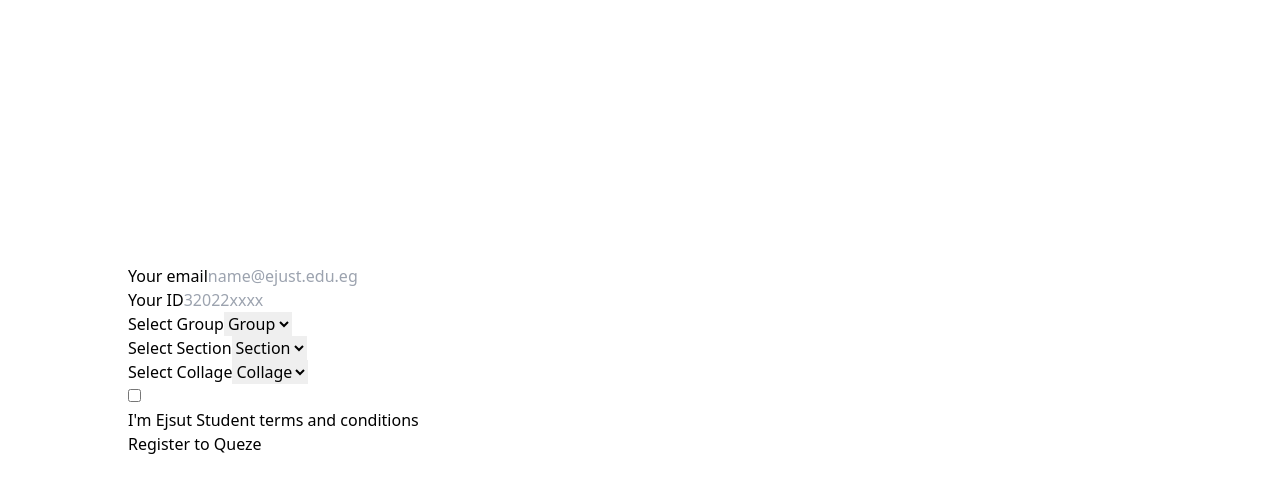
Repository: AbdalrahmanEldeep/FIBOTIC
Page: /
These files come from the project's save history. The page is drawn as it stood at one moment and after the next save; the edit follows.
The browser window is 1280 px wide. The pictures show the whole page.
The project was rebuilt for these pictures with package versions that can differ from the ones it lists, and the page was loaded fresh each time. Also part of the build but not shown: vite.config.js, src/pages/protecter.jsx, src/pages/exame.jsx.

Above is the page before, as saved 2023-01-06 22:55:29.

### index.html
<!DOCTYPE html>
<html lang="en">
  <head>
    <meta charset="UTF-8" />
    <link rel="icon" type="image/svg+xml" href="/vite.svg" />
    <meta name="viewport" content="width=device-width, initial-scale=1.0" />
    <title>FIBO</title>
    <!-- Tailwindcss -->
    <link rel="stylesheet" href="/src/global/app.css">
  </head>
  <body>
    <div id="root"></div>
    <script type="module" src="/src/main.jsx"></script>
  </body>
</html>

### src/global/app.css
/*
! tailwindcss v3.2.4 | MIT License | https://tailwindcss.com
*/

/*
1. Prevent padding and border from affecting element width. (https://github.com/mozdevs/cssremedy/issues/4)
2. Allow adding a border to an element by just adding a border-width. (https://github.com/tailwindcss/tailwindcss/pull/116)
*/

*,
::before,
::after {
  box-sizing: border-box;
  /* 1 */
  border-width: 0;
  /* 2 */
  border-style: solid;
  /* 2 */
  border-color: #e5e7eb;
  /* 2 */
}

::before,
::after {
  --tw-content: '';
}

/*
1. Use a consistent sensible line-height in all browsers.
2. Prevent adjustments of font size after orientation changes in iOS.
3. Use a more readable tab size.
4. Use the user's configured `sans` font-family by default.
5. Use the user's configured `sans` font-feature-settings by default.
*/

html {
  line-height: 1.5;
  /* 1 */
  -webkit-text-size-adjust: 100%;
  /* 2 */
  -moz-tab-size: 4;
  /* 3 */
  -o-tab-size: 4;
     tab-size: 4;
  /* 3 */
  font-family: ui-sans-serif, system-ui, -apple-system, BlinkMacSystemFont, "Segoe UI", Roboto, "Helvetica Neue", Arial, "Noto Sans", sans-serif, "Apple Color Emoji", "Segoe UI Emoji", "Segoe UI Symbol", "Noto Color Emoji";
  /* 4 */
  font-feature-settings: normal;
  /* 5 */
}

/*
1. Remove the margin in all browsers.
2. Inherit line-height from `html` so users can set them as a class directly on the `html` element.
*/

body {
  margin: 0;
  /* 1 */
  line-height: inherit;
  /* 2 */
}

/*
1. Add the correct height in Firefox.
2. Correct the inheritance of border color in Firefox. (https://bugzilla.mozilla.org/show_bug.cgi?id=190655)
3. Ensure horizontal rules are visible by default.
*/

hr {
  height: 0;
  /* 1 */
  color: inherit;
  /* 2 */
  border-top-width: 1px;
  /* 3 */
}

/*
Add the correct text decoration in Chrome, Edge, and Safari.
*/

abbr:where([title]) {
  -webkit-text-decoration: underline dotted;
          text-decoration: underline dotted;
}

/*
Remove the default font size and weight for headings.
*/

h1,
h2,
h3,
h4,
h5,
h6 {
  font-size: inherit;
  font-weight: inherit;
}

/*
Reset links to optimize for opt-in styling instead of opt-out.
*/

a {
  color: inherit;
  text-decoration: inherit;
}

/*
Add the correct font weight in Edge and Safari.
*/

b,
strong {
  font-weight: bolder;
}

/*
1. Use the user's configured `mono` font family by default.
2. Correct the odd `em` font sizing in all browsers.
*/

code,
kbd,
samp,
pre {
  font-family: ui-monospace, SFMono-Regular, Menlo, Monaco, Consolas, "Liberation Mono", "Courier New", monospace;
  /* 1 */
  font-size: 1em;
  /* 2 */
}

/*
Add the correct font size in all browsers.
*/

small {
  font-size: 80%;
}

/*
Prevent `sub` and `sup` elements from affecting the line height in all browsers.
*/

sub,
sup {
  font-size: 75%;
  line-height: 0;
  position: relative;
  vertical-align: baseline;
}

sub {
  bottom: -0.25em;
}

sup {
  top: -0.5em;
}

/*
1. Remove text indentation from table contents in Chrome and Safari. (https://bugs.chromium.org/p/chromium/issues/detail?id=999088, https://bugs.webkit.org/show_bug.cgi?id=201297)
2. Correct table border color inheritance in all Chrome and Safari. (https://bugs.chromium.org/p/chromium/issues/detail?id=935729, https://bugs.webkit.org/show_bug.cgi?id=195016)
3. Remove gaps between table borders by default.
*/

table {
  text-indent: 0;
  /* 1 */
  border-color: inherit;
  /* 2 */
  border-collapse: collapse;
  /* 3 */
}

/*
1. Change the font styles in all browsers.
2. Remove the margin in Firefox and Safari.
3. Remove default padding in all browsers.
*/

button,
input,
optgroup,
select,
textarea {
  font-family: inherit;
  /* 1 */
  font-size: 100%;
  /* 1 */
  font-weight: inherit;
  /* 1 */
  line-height: inherit;
  /* 1 */
  color: inherit;
  /* 1 */
  margin: 0;
  /* 2 */
  padding: 0;
  /* 3 */
}

/*
Remove the inheritance of text transform in Edge and Firefox.
*/

button,
select {
  text-transform: none;
}

/*
1. Correct the inability to style clickable types in iOS and Safari.
2. Remove default button styles.
*/

button,
[type='button'],
[type='reset'],
[type='submit'] {
  -webkit-appearance: button;
  /* 1 */
  background-color: transparent;
  /* 2 */
  background-image: none;
  /* 2 */
}

/*
Use the modern Firefox focus style for all focusable elements.
*/

:-moz-focusring {
  outline: auto;
}

/*
Remove the additional `:invalid` styles in Firefox. (https://github.com/mozilla/gecko-dev/blob/2f9eacd9d3d995c937b4251a5557d95d494c9be1/layout/style/res/forms.css#L728-L737)
*/

:-moz-ui-invalid {
  box-shadow: none;
}

/*
Add the correct vertical alignment in Chrome and Firefox.
*/

progress {
  vertical-align: baseline;
}

/*
Correct the cursor style of increment and decrement buttons in Safari.
*/

::-webkit-inner-spin-button,
::-webkit-outer-spin-button {
  height: auto;
}

/*
1. Correct the odd appearance in Chrome and Safari.
2. Correct the outline style in Safari.
*/

[type='search'] {
  -webkit-appearance: textfield;
  /* 1 */
  outline-offset: -2px;
  /* 2 */
}

/*
Remove the inner padding in Chrome and Safari on macOS.
*/

::-webkit-search-decoration {
  -webkit-appearance: none;
}

/*
1. Correct the inability to style clickable types in iOS and Safari.
2. Change font properties to `inherit` in Safari.
*/

::-webkit-file-upload-button {
  -webkit-appearance: button;
  /* 1 */
  font: inherit;
  /* 2 */
}

/*
Add the correct display in Chrome and Safari.
*/

summary {
  display: list-item;
}

/*
Removes the default spacing and border for appropriate elements.
*/

blockquote,
dl,
dd,
h1,
h2,
h3,
h4,
h5,
h6,
hr,
figure,
p,
pre {
  margin: 0;
}

fieldset {
  margin: 0;
  padding: 0;
}

legend {
  padding: 0;
}

ol,
ul,
menu {
  list-style: none;
  margin: 0;
  padding: 0;
}

/*
Prevent resizing textareas horizontally by default.
*/

textarea {
  resize: vertical;
}

/*
1. Reset the default placeholder opacity in Firefox. (https://github.com/tailwindlabs/tailwindcss/issues/3300)
2. Set the default placeholder color to the user's configured gray 400 color.
*/

input::-moz-placeholder, textarea::-moz-placeholder {
  opacity: 1;
  /* 1 */
  color: #9ca3af;
  /* 2 */
}

input::placeholder,
textarea::placeholder {
  opacity: 1;
  /* 1 */
  color: #9ca3af;
  /* 2 */
}

/*
Set the default cursor for buttons.
*/

button,
[role="button"] {
  cursor: pointer;
}

/*
Make sure disabled buttons don't get the pointer cursor.
*/

:disabled {
  cursor: default;
}

/*
1. Make replaced elements `display: block` by default. (https://github.com/mozdevs/cssremedy/issues/14)
2. Add `vertical-align: middle` to align replaced elements more sensibly by default. (https://github.com/jensimmons/cssremedy/issues/14#issuecomment-634934210)
   This can trigger a poorly considered lint error in some tools but is included by design.
*/

img,
svg,
video,
canvas,
audio,
iframe,
embed,
object {
  display: block;
  /* 1 */
  vertical-align: middle;
  /* 2 */
}

/*
Constrain images and videos to the parent width and preserve their intrinsic aspect ratio. (https://github.com/mozdevs/cssremedy/issues/14)
*/

img,
video {
  max-width: 100%;
  height: auto;
}

/* Make elements with the HTML hidden attribute stay hidden by default */

[hidden] {
  display: none;
}

*, ::before, ::after {
  --tw-border-spacing-x: 0;
  --tw-border-spacing-y: 0;
  --tw-translate-x: 0;
  --tw-translate-y: 0;
  --tw-rotate: 0;
  --tw-skew-x: 0;
  --tw-skew-y: 0;
  --tw-scale-x: 1;
  --tw-scale-y: 1;
  --tw-pan-x:  ;
  --tw-pan-y:  ;
  --tw-pinch-zoom:  ;
  --tw-scroll-snap-strictness: proximity;
  --tw-ordinal:  ;
  --tw-slashed-zero:  ;
  --tw-numeric-figure:  ;
  --tw-numeric-spacing:  ;
  --tw-numeric-fraction:  ;
  --tw-ring-inset:  ;
  --tw-ring-offset-width: 0px;
  --tw-ring-offset-color: #fff;
  --tw-ring-color: rgb(59 130 246 / 0.5);
  --tw-ring-offset-shadow: 0 0 #0000;
  --tw-ring-shadow: 0 0 #0000;
  --tw-shadow: 0 0 #0000;
  --tw-shadow-colored: 0 0 #0000;
  --tw-blur:  ;
  --tw-brightness:  ;
  --tw-contrast:  ;
  --tw-grayscale:  ;
  --tw-hue-rotate:  ;
  --tw-invert:  ;
  --tw-saturate:  ;
  --tw-sepia:  ;
  --tw-drop-shadow:  ;
  --tw-backdrop-blur:  ;
  --tw-backdrop-brightness:  ;
  --tw-backdrop-contrast:  ;
  --tw-backdrop-grayscale:  ;
  --tw-backdrop-hue-rotate:  ;
  --tw-backdrop-invert:  ;
  --tw-backdrop-opacity:  ;
  --tw-backdrop-saturate:  ;
  --tw-backdrop-sepia:  ;
}

::backdrop {
  --tw-border-spacing-x: 0;
  --tw-border-spacing-y: 0;
  --tw-translate-x: 0;
  --tw-translate-y: 0;
  --tw-rotate: 0;
  --tw-skew-x: 0;
  --tw-skew-y: 0;
  --tw-scale-x: 1;
  --tw-scale-y: 1;
  --tw-pan-x:  ;
  --tw-pan-y:  ;
  --tw-pinch-zoom:  ;
  --tw-scroll-snap-strictness: proximity;
  --tw-ordinal:  ;
  --tw-slashed-zero:  ;
  --tw-numeric-figure:  ;
  --tw-numeric-spacing:  ;
  --tw-numeric-fraction:  ;
  --tw-ring-inset:  ;
  --tw-ring-offset-width: 0px;
  --tw-ring-offset-color: #fff;
  --tw-ring-color: rgb(59 130 246 / 0.5);
  --tw-ring-offset-shadow: 0 0 #0000;
  --tw-ring-shadow: 0 0 #0000;
  --tw-shadow: 0 0 #0000;
  --tw-shadow-colored: 0 0 #0000;
  --tw-blur:  ;
  --tw-brightness:  ;
  --tw-contrast:  ;
  --tw-grayscale:  ;
  --tw-hue-rotate:  ;
  --tw-invert:  ;
  --tw-saturate:  ;
  --tw-sepia:  ;
  --tw-drop-shadow:  ;
  --tw-backdrop-blur:  ;
  --tw-backdrop-brightness:  ;
  --tw-backdrop-contrast:  ;
  --tw-backdrop-grayscale:  ;
  --tw-backdrop-hue-rotate:  ;
  --tw-backdrop-invert:  ;
  --tw-backdrop-opacity:  ;
  --tw-backdrop-saturate:  ;
  --tw-backdrop-sepia:  ;
}

### src/main.jsx
import ReactDOM  from "react-dom/client";
import { Root } from "./router/Root";
import 'flowbite';

const root = ReactDOM.createRoot(document.querySelector("#root"));

root.render(
  <Root/>
)

### src/router/Root.jsx
import React from 'react'
import { BrowserRouter, Route, Routes } from 'react-router-dom'
import Home from '../pages/home'
import Protecter from '../pages/protecter'
import Aboute from '../pages/exame'

export const Root = () => {
  return (
    <BrowserRouter>
        <Routes>
            <Route path="/" element={<Protecter statuse={true}><Home/></Protecter>}/>
            <Route path="/exame" element={<Protecter statuse={true}><Aboute/></Protecter>}/>
        </Routes>
    </BrowserRouter>
  )
}

### src/pages/home.jsx
import React from 'react'
import styled from 'styled-components'
import { Form } from '../components/Form'

const Container = styled.div`

  position: fixed;
  top: 50%;
  left: 50%;
  transform: translate(-50%,-50%);
  width: 80%;
  margin: 0 auto;

`

export default function Home() {
  return (
    <>
    <Container>
      <Form/>
    </Container>
    </>
  )
}

### src/components/Form.jsx
import React from 'react'

export const Form = () => {
  return (

        <form className='shadow p-32'>
            <div className="mb-6">
                <label htmlFor="email" className="block mb-2 text-sm font-medium text-gray-900 dark:text-white">Your email</label>
                <input type="email" id="email" className="w-full shadow-sm bg-gray-50 border border-gray-300 text-gray-900 text-sm rounded focus:ring-blue-500 focus:border-blue-500 block p-2.5 dark:bg-gray-700 dark:border-gray-600 dark:placeholder-gray-400 dark:text-white dark:focus:ring-blue-500 dark:focus:border-blue-500 dark:shadow-sm-light" placeholder="name@ejust.edu.eg" required />
            </div>
            <div className="mb-6">
                <label htmlFor="stdid" className="block mb-2 text-sm font-medium text-gray-900 dark:text-white">Your ID</label>
                <input type="text" id="stdid" placeholder='32022xxxx' className="shadow-sm bg-gray-50 border border-gray-300 text-gray-900 text-sm rounded focus:ring-blue-500 focus:border-blue-500 block w-full p-2.5 dark:bg-gray-700 dark:border-gray-600 dark:placeholder-gray-400 dark:text-white dark:focus:ring-blue-500 dark:focus:border-blue-500 dark:shadow-sm-light" required />
            </div>
            <div className="flex flex-col gap-2 items-start mb-6">
                <label htmlFor="countries" className="block mb-2 text-sm font-medium text-gray-900 dark:text-white">Select Group</label>
                <select id="countries" className="bg-gray-50 border border-gray-300 text-gray-900 text-sm rounded focus:ring-blue-500 focus:border-blue-500 block w-full p-2.5 dark:bg-gray-700 dark:border-gray-600 dark:placeholder-gray-400 dark:text-white dark:focus:ring-blue-500 dark:focus:border-blue-500">
                    <option defaultValue="Group">Group</option>
                    <option value="US">G1</option>
                    <option value="CA">G2</option>
                    <option value="FR">G3</option>
                    <option value="DE">G4</option>
                </select>
            </div>
            <div className="flex flex-col gap-2 items-start mb-6">
                <label htmlFor="countries" className="block mb-2 text-sm font-medium text-gray-900 dark:text-white">Select Section</label>
                <select id="countries" className="bg-gray-50 border border-gray-300 text-gray-900 text-sm rounded focus:ring-blue-500 focus:border-blue-500 block w-full p-2.5 dark:bg-gray-700 dark:border-gray-600 dark:placeholder-gray-400 dark:text-white dark:focus:ring-blue-500 dark:focus:border-blue-500">
                    <option defaultValue="Section">Section</option>
                    <option value="1">S1</option>
                    <option value="2">S2</option>
                    <option value="3">S3</option>
                </select>
            </div>
            <div className="flex flex-col gap-2 items-start mb-6">
                <label htmlFor="countries" className="block mb-2 text-sm font-medium text-gray-900 dark:text-white">Select Collage</label>
                <select id="countries" className="bg-gray-50 border border-gray-300 text-gray-900 text-sm rounded focus:ring-blue-500 focus:border-blue-500 block w-full p-2.5 dark:bg-gray-700 dark:border-gray-600 dark:placeholder-gray-400 dark:text-white dark:focus:ring-blue-500 dark:focus:border-blue-500">
                    <option defaultValue="Collage">Collage</option>
                    <option value="CSIT">CSIT</option>
                </select>
            </div>
            <div className="flex items-start mb-6">
                <div className="flex items-center h-5">
                <input id="terms" type="checkbox" value="" className="w-4 h-4 border border-gray-300 rounded bg-gray-50 focus:ring-3 focus:ring-blue-300 dark:bg-gray-700 dark:border-gray-600 dark:focus:ring-blue-600 dark:ring-offset-gray-800" required />
                </div>
                <label htmlFor="terms" className="ml-2 text-sm font-medium text-gray-900 dark:text-gray-300">I'm Ejsut Student  <a href="#" className="text-blue-600 hover:underline dark:text-blue-500">terms and conditions</a></label>
            </div>
            <button type="submit" className="text-white bg-blue-700 hover:bg-blue-800 focus:ring-4 focus:outline-none focus:ring-blue-300 font-medium rounded text-sm px-5 py-2.5 text-center dark:bg-blue-600 dark:hover:bg-blue-700 dark:focus:ring-blue-800">Register to Queze</button>
        </form>


  )
}

After the next save:
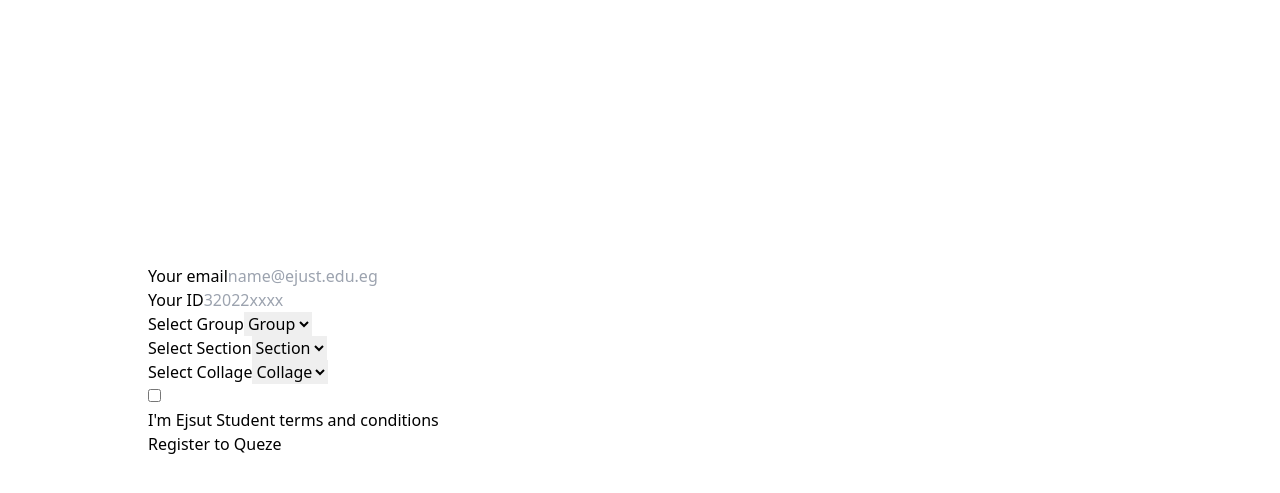
Saved 10 s later.
--- a/src/components/Form.jsx
+++ b/src/components/Form.jsx
@@ -3,7 +3,7 @@ import React from 'react'
 export const Form = () => {
   return (
 
-        <form className='shadow p-32'>
+        <form className='shadow' style={{padding:"20px"}}>
             <div className="mb-6">
                 <label htmlFor="email" className="block mb-2 text-sm font-medium text-gray-900 dark:text-white">Your email</label>
                 <input type="email" id="email" className="w-full shadow-sm bg-gray-50 border border-gray-300 text-gray-900 text-sm rounded focus:ring-blue-500 focus:border-blue-500 block p-2.5 dark:bg-gray-700 dark:border-gray-600 dark:placeholder-gray-400 dark:text-white dark:focus:ring-blue-500 dark:focus:border-blue-500 dark:shadow-sm-light" placeholder="name@ejust.edu.eg" required />
